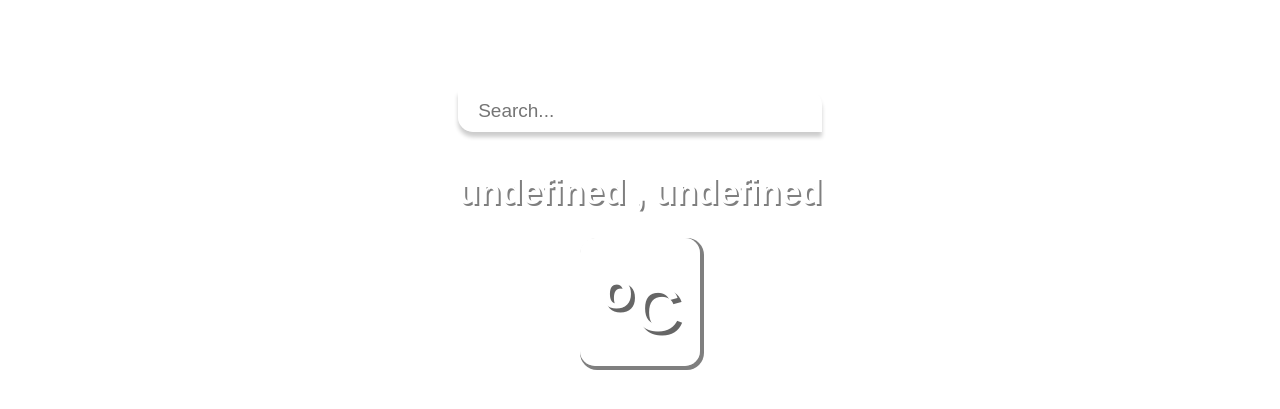
Repository: HoanTiny/30projects-30day
Page: Day 9/index.html
These files come from the project's save history. The page is drawn as it stood at one moment and after the next save; the edit follows.
The browser window is 1280 px wide. The pictures show the whole page.
The page's requests for data from a server got no answer.

Above is the page before, as saved 2021-12-10 15:14:45.

### Day 9/index.html
<!DOCTYPE html>
<html lang="en">
    <head>
        <meta charset="UTF-8" />
        <meta http-equiv="X-UA-Compatible" content="IE=edge" />
        <meta name="viewport" content="width=device-width, initial-scale=1.0" />
        <title>Weather App</title>

        <link
            rel="stylesheet"
            href="https://cdnjs.cloudflare.com/ajax/libs/font-awesome/6.0.0-beta2/css/all.min.css"
            integrity="sha512-YWzhKL2whUzgiheMoBFwW8CKV4qpHQAEuvilg9FAn5VJUDwKZZxkJNuGM4XkWuk94WCrrwslk8yWNGmY1EduTA=="
            crossorigin="anonymous"
            referrerpolicy="no-referrer"
        />
        <link rel="stylesheet" href="./style.css" />
    </head>
    <body>
        <div id="weather">
            <input type="text" placeholder="Search..." class="input-search" />
            <div class="content">
                <h1 class="name">
                    <span class="city"></span>
                    <span>,</span>
                    <span class="country"></span>
                </h1>
                <p class="time"></p>
                <div class="temperature">
                    <span class="value"></span>
                    <span><sup>o</sup>C</span>
                </div>
                <div class="short-desc"></div>
                <div class="more-desc">
                    <div class="visibility">
                        <i class="far fa-eye"></i>
                        <span></span>
                    </div>
                    <div class="wind">
                        <i class="fas fa-wind"></i>
                        <span></span>
                    </div>
                    <div class="cloud">
                        <i class="fas fa-cloud-sun"></i>
                        <span></span>
                    </div>
                </div>
            </div>
        </div>

        <script src="app.js"></script>
    </body>
</html>

### Day 9/style.css
* {
    padding: 0;
    margin: 0;
    box-sizing: border-box;
    font-family: sans-serif;
}

body {
    height: 100vh;
    overflow: hidden;
    display: flex;
    align-items: center;
    justify-content: center;
}

body.hot {
    background: linear-gradient(to bottom, rgba(0, 0, 0, 0.7), rgba(0, 0, 0, 1)), url(hot.png) no-repeat center/cover;
}

body.hot #weather {
    background-image: url(hot.png);
}

body.cold {
    background: linear-gradient(to bottom, rgba(0, 0, 0, 0.7), rgba(0, 0, 0, 1)), url(cold.png) no-repeat center/cover;
}

body.cold #weather {
    background-image: url(cold.png);
}

#weather {
    min-width: 350px;
    height: 600px;
    background: no-repeat center/cover;
    text-align: center;
    padding: 30px 20px;
    border-radius: 10px;
    transition: 0.4s;
}

#weather input {
    padding: 10px 20px;
    background-color: rgba(255, 255, 255, 0.4);
    font-size: 19px;
    box-shadow: 0 5px 4px rgba(0, 0, 0, 0.2);
    border: none;
    outline: none;
    border-radius: 0px 15px 0 15px;
    margin-bottom: 40px;
    width: 100%;
    transition: 0.4s;
}

#weather input:focus {
    background-color: rgba(255, 255, 255, 0.8);
    border-radius: 15px 0 15px 0;
}

#weather .content {
    color: white;
}

#weather .content .name {
    white-space: nowrap;
    font-size: 35px;
    text-shadow: 2px 2px rgba(0, 0, 0, 0.5);
}

#weather .content .time {
    font-size: 15px;
    margin: 6px 0;
}

#weather .content .temperature {
    font-size: 65px;
    text-shadow: 4px 4px rgba(0, 0, 0, 0.6);
    display: inline-block;
    padding: 20px;
    background-color: rgba(255, 255, 255, 0.4);
    border-radius: 15px;
    box-shadow: 2px 2px 0 2px rgba(0, 0, 0, 0.5);
    margin: 20px 0 30px;
    font-weight: 800;
}

#weather .content .short-desc {
    font-size: 40px;
    font-weight: 600;
    text-shadow: 3px 3px rgba(0, 0, 0, 0.4);
}

#weather .content .more-desc {
    display: flex;
    align-items: center;
    justify-content: space-between;
    margin-top: 40px;
}

#weather .content .more-desc > div {
    font-size: 16px;
    display: flex;
    flex-direction: column;
}

#weather .content .more-desc > div span {
    margin-top: 15px;
}

### Day 9/app.js
const input = document.querySelector(".input-search");

const city = document.querySelector(".name .city");
const country = document.querySelector(".name .country");
const time = document.querySelector(".time");
const temperature = document.querySelector(".temperature .value");
const shortDesc = document.querySelector(".short-desc");

const visibility = document.querySelector(".visibility span");
const wind = document.querySelector(".wind span");
const cloud = document.querySelector(".cloud span");

function changeWeatherUI(weather) {
    city.innerHTML = weather.name;
    country.innerHTML = weather.country;
    // console.log(weather.wind.speed);
}

input.addEventListener("keyup", (e) => {
    if (e.keyCode === 13) {
        getWeather(e.target.value);
    }
});

async function getWeather(input) {
    const url = `https://api.openweathermap.org/data/2.5/weather?q=${input}&units=metric&appid=d78fd1588e1b7c0c2813576ba183a667`;
    fetch(url)
        .then((response) => response.json())
        .then((weather) => changeWeatherUI(weather));
    // const res = await fetch(url);
    // const weather = await res.json();

    changeWeatherUI(weather);
}

getWeather("Ha Noi");

After the next save:
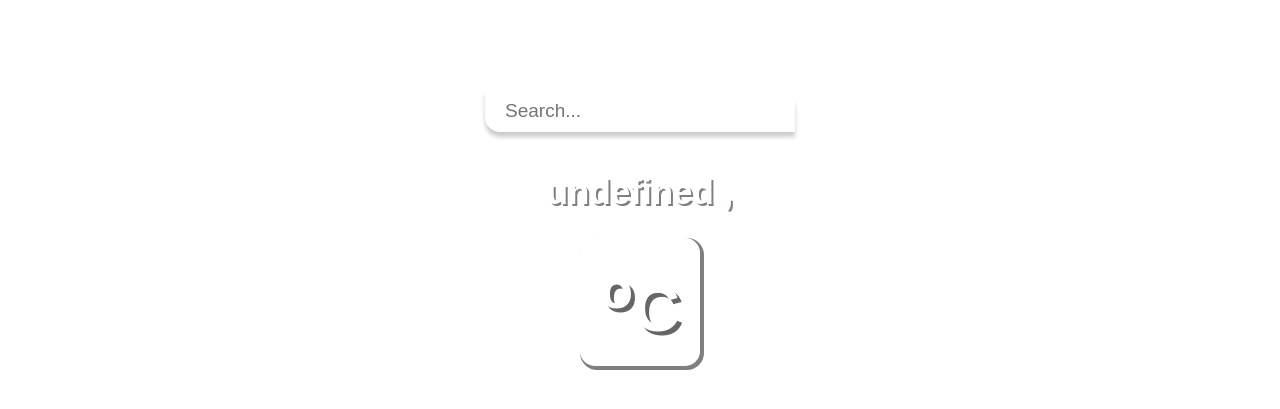
Console error: TypeError: Cannot read properties of undefined (reading 'country')
Saved 56 s later.
--- a/Day 9/app.js
+++ b/Day 9/app.js
@@ -12,7 +12,7 @@
 
 function changeWeatherUI(weather) {
     city.innerHTML = weather.name;
-    country.innerHTML = weather.country;
+    country.innerHTML = weather.sys.country;
     // console.log(weather.wind.speed);
 }
 

After the 4 saves that followed:
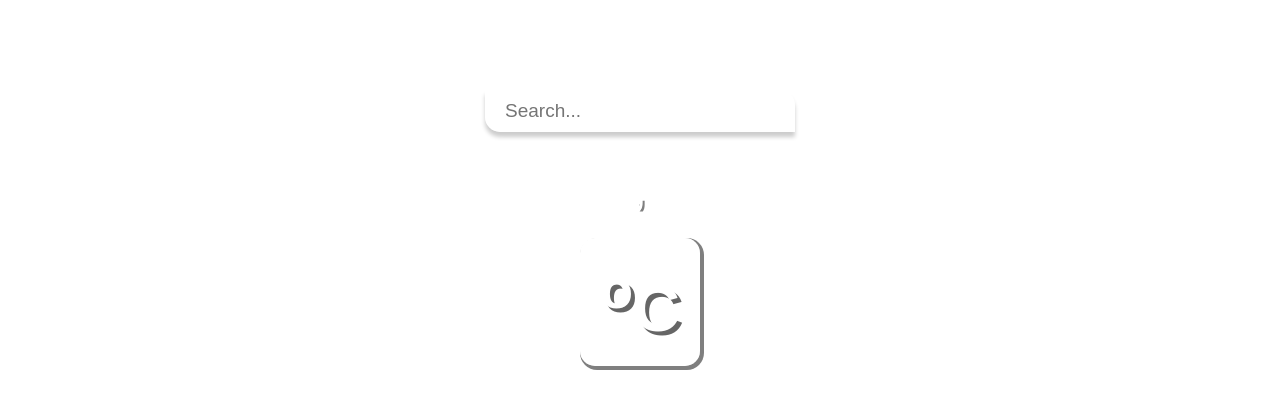
The error is gone.
The 4 saves are shown as one change because 3 left the picture as it was.
The last was saved 2 min 13 s later.
--- a/Day 9/app.js
+++ b/Day 9/app.js
@@ -2,6 +2,7 @@
 
 const city = document.querySelector(".name .city");
 const country = document.querySelector(".name .country");
+
 const time = document.querySelector(".time");
 const temperature = document.querySelector(".temperature .value");
 const shortDesc = document.querySelector(".short-desc");
@@ -13,7 +14,6 @@
 function changeWeatherUI(weather) {
     city.innerHTML = weather.name;
     country.innerHTML = weather.sys.country;
-    // console.log(weather.wind.speed);
 }
 
 input.addEventListener("keyup", (e) => {
@@ -29,8 +29,6 @@
         .then((weather) => changeWeatherUI(weather));
     // const res = await fetch(url);
     // const weather = await res.json();
-
-    changeWeatherUI(weather);
 }
 
 getWeather("Ha Noi");
